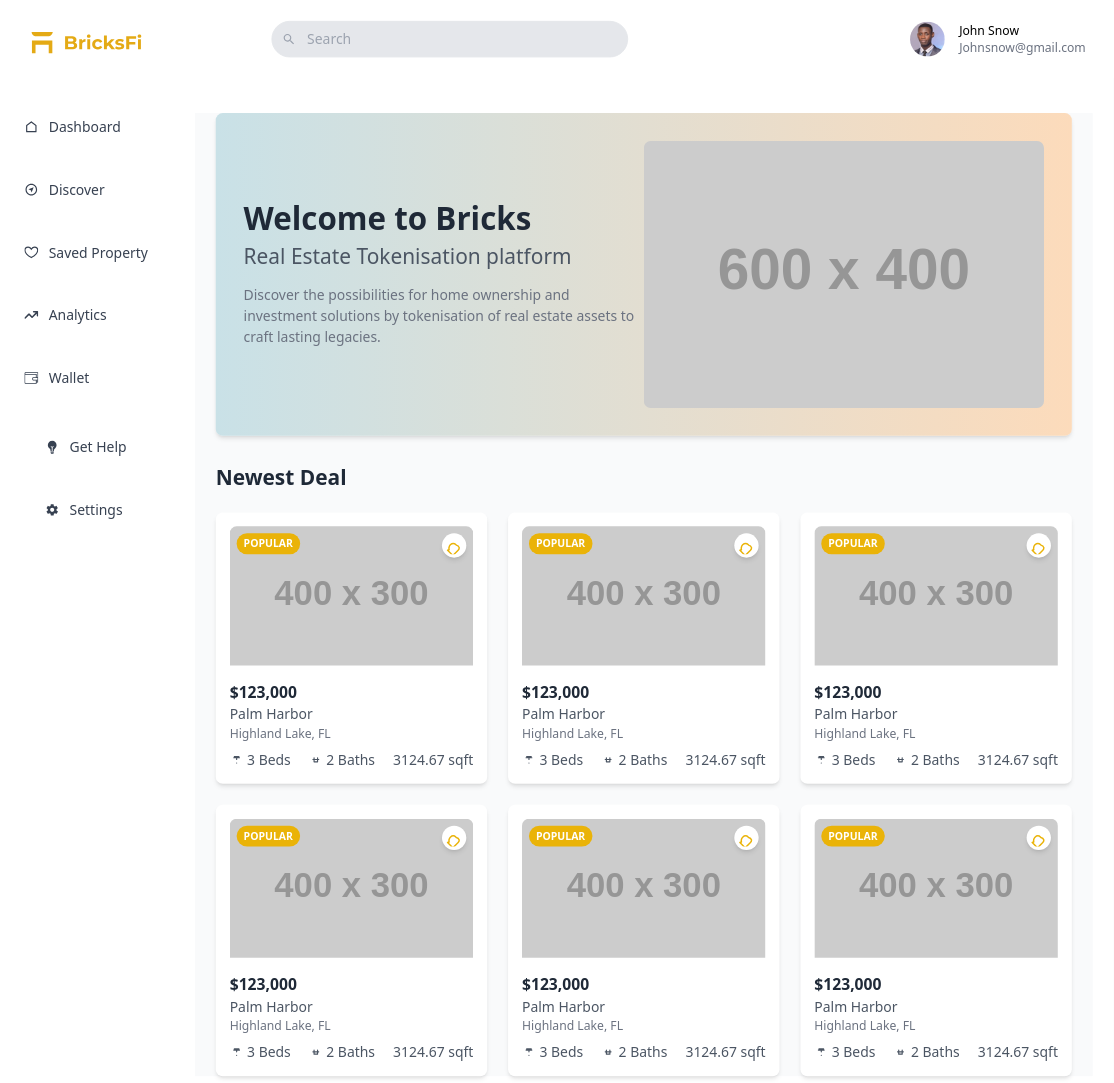
Repository: AyomideAkintade/BricksFi-Frontend
Page: /dashboard/discover (app in client/)
These files come from the project's save history. The page is drawn as it stood at one moment and after the next save; the edit follows.
The browser window is 1280 px wide. The pictures show the whole page, at 87% of full size.
The page's requests for data from a server got no answer. The project was rebuilt for these pictures with package versions that can differ from the ones it lists, and the page was loaded fresh each time. No one was signed in, and anything a server would have sent is missing. Also part of the build but not shown: client/src/components/navbar.jsx, client/src/components/home.jsx, client/src/components/homeSecond.jsx, client/src/components/homeThird.jsx, client/src/components/homeFifth.jsx, client/src/components/homeSixth.jsx, client/src/components/homeSeventh.jsx, client/src/api/base.js and 16 more.

Above is the page before, as saved 2024-10-04 23:30:22.

After the next save:
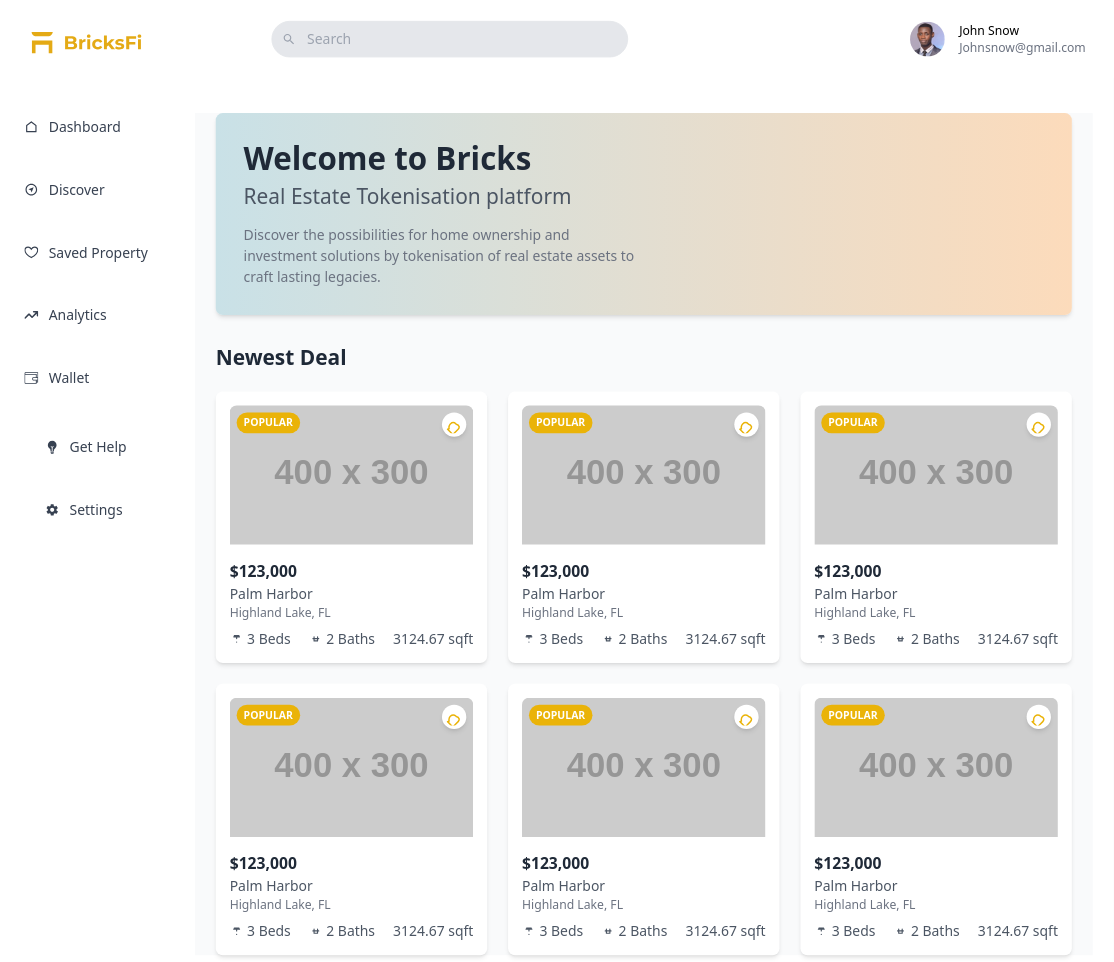
Saved 28 s later.
--- a/client/src/components/discover.jsx
+++ b/client/src/components/discover.jsx
@@ -89,13 +89,13 @@ const Discover = () => {
               legacies.
             </p>
           </div>
-          <div>
+          {/* <div>
             <img
               src="https://via.placeholder.com/600x400" // Replace with actual image URL
               alt="Real Estate Building"
               className="w-full rounded-lg"
             />
-          </div>
+          </div> */}
         </div>
       </section>
 
